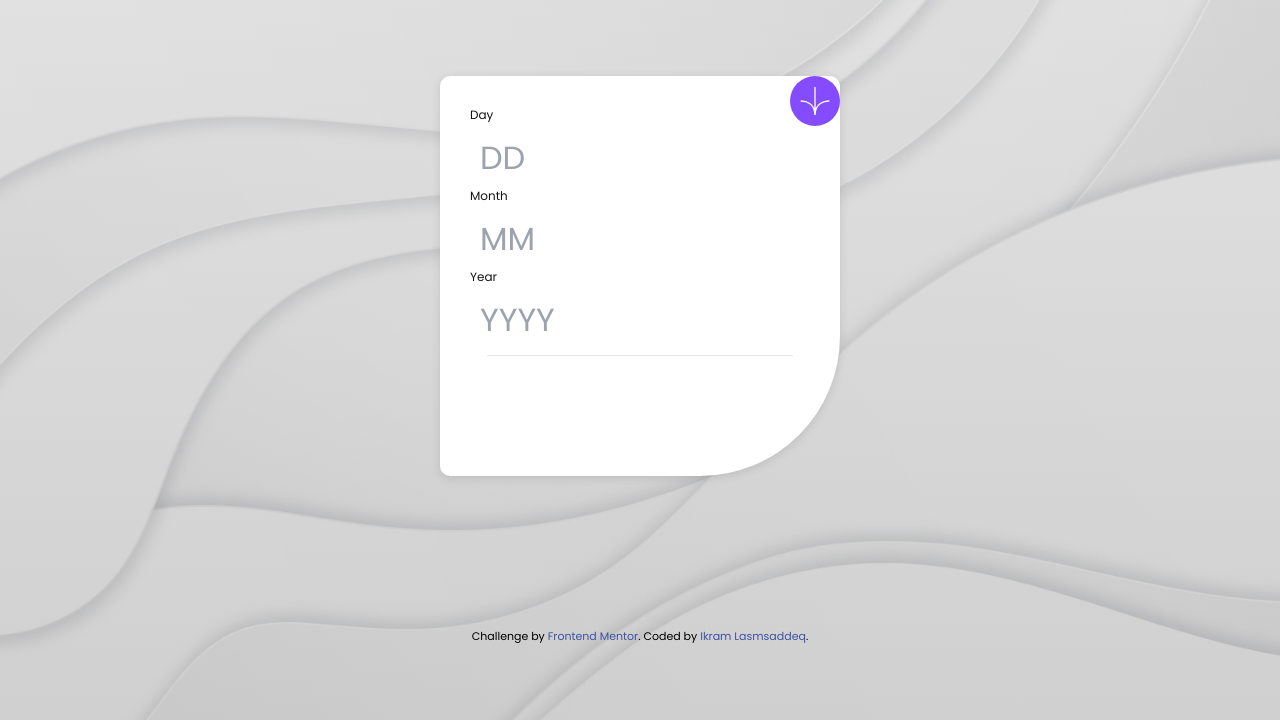
Repository: ikram-lisa/age-display
Page: /
An editor plug-in stored every save of this project. The page is shown before and after the next save, followed by the edit.
The browser window is 1280 px wide. The pictures show the whole page.
Some web libraries are served in a nearby version. The project was rebuilt for these pictures with package versions that can differ from the ones it lists, and the page was loaded fresh each time.

Above is the page before, as saved 2024-04-30 23:39:03.

### index.html
<!DOCTYPE html>
<html lang="en">
  <head>
    <meta charset="UTF-8" />
    <meta name="viewport" content="width=device-width, initial-scale=1.0" />
    <!-- displays site properly based on user's device -->
    <link href="https://cdn.tailwindcss.com" rel="stylesheet" />
    <link rel="stylesheet" href="./css/style.scss" />
    <link
      rel="icon"
      type="image/png"
      sizes="32x32"
      href="./assets/images/favicon-32x32.png"
    />

    <title>Frontend Mentor | Age calculator app</title>
    <style>
      .attribution {
        font-size: 11px;
        text-align: center;
      }
      .attribution a {
        color: hsl(228, 45%, 44%);
      }
    </style>
  </head>
  <!-- <script type="module" src="js/script.js"></script> -->
  <body>
    <section class="calculator">
      <header>
        <form class="form" action="">
          <div class="formInput active error">
            <label for="day">Day</label>
            <input
              type="text"
              class="day"
              id="day"
              type="number"
              placeholder="DD"
              required
              minlength="4"
              maxlength="8"
              size="10"
            />
          </div>

          <div class="formInput active error">
            <label for="month">Month</label>
            <input
              type="text"
              class="month"
              id="month"
              type="number"
              placeholder="MM"
              required
              minlength="4"
              maxlength="8"
              size="10"
            />
          </div>

          <div class="formInput active error">
            <label for="year">Year</label>
            <input
              type="text"
              class="year"
              id="year"
              type="number"
              placeholder="YYYY"
              required
              minlength="4"
              maxlength="8"
              size="10"
            />
          </div>
        </form>
      </header>

      <button class="submit">
        <img src="./assets/images/icon-arrow.svg" alt="submit" />
      </button>

      <hr class="separator" />
      <div class="result">
        <p class="days"></p>
        <p class="month"></p>
        <p class="years"></p>
      </div>
    </section>
    <footer>
      <div class="attribution">
        Challenge by
        <a href="https://www.frontendmentor.io?ref=challenge" target="_blank"
          >Frontend Mentor</a
        >. Coded by <a href="#">Ikram Lasmsaddeq</a>.
      </div>
    </footer>
  </body>
</html>

### css/style.scss
@use "./base/variable" as *;
@use "./base/font.scss" as *;

@tailwind base;
@tailwind components;
@tailwind utilities;

* {
  margin: 0;
  padding: 0;
  box-sizing: border-box;
}
body {
  height: 100vh;
  background: linear-gradient(
      rgba(196, 196, 196, 0.5),
      rgba(161, 161, 161, 0.5)
    ),
    url("../images/background.jpg");
  background-size: cover;
  background-position: center;
  background-repeat: no-repeat;
  font-size: 32px;
  font-family: "Poppins", sans-serif;
  display: grid;
  place-items: center;
}
.calculator {
  width: 30%;
  min-width: 400px;
  height: 400px;
  background-color: white;
  border-radius: 10px 10px 140px 10px;
  box-shadow: rgba(99, 99, 99, 0.2) 0px 2px 8px 0px;
  position: relative;
  display: flex;
  flex-direction: column;
  padding: 30px;
  .form {
    display: flex;
    flex-wrap: wrap;
    justify-content: space-between;

    .formInput {
      display: flex;
      flex-direction: column;
      label {
        font-size: 12px;
        font-weight: 400;
        margin-bottom: 5px;
        color: $offBlack;
      }
      input[type="text"] {
        border: 1 solid rgb(217, 217, 217);
        border-radius: 3px;
        padding: 5px 10px;
        outline: none;
      }
    }
  }
  .submit {
    width: 50px;
    height: 50px;
    border-radius: 50%;
    display: flex;
    justify-content: center;
    align-items: center;
    background-color: $purple;
    color: white;
    border: none;
    padding: 10px;
    position: absolute;
    top: 0;
    right: 0;
    cursor: pointer;
    transition: all 0.3s;

    &:hover {
      background-color: darken($purple, 10%);
    }
  }

  .separator {
    width: 90%;
    height: 1px;
    background-color: $lightGrey;
    margin: 6px auto;
  }
}

@media (max-width: 375px) {
}
@media (max-width: 768px) {
}
@media (max-width: 1440px) {
}

### css/base/_variable.scss
// Primary

$purple: hsl(259, 100%, 65%);
$lightRed: hsl(0, 100%, 67%);

// Neutral

$white: hsl(0, 0%, 100%);
$offWhite: hsl(0, 0%, 94%);
$lightGrey: hsl(0, 0%, 86%);
$smokeyGrey: hsl(0, 1%, 44%);
$offBlack: hsl(0, 0%, 8%);

### css/base/_font.scss
@import url("https://fonts.googleapis.com/css2?family=Montserrat:ital,wght@0,100..900;1,100..900&family=Open+Sans:ital,wght@0,400;0,600;0,700;0,800;1,400;1,700;1,800&family=Poppins:ital,wght@0,200;0,300;0,400;0,500;0,600;0,700;0,800;0,900;1,100;1,200;1,300;1,400;1,500;1,600;1,700;1,800;1,900&display=swap");

Loaded but not shown: tailwind.config.js (1075 lines, source omitted)

After the next save:
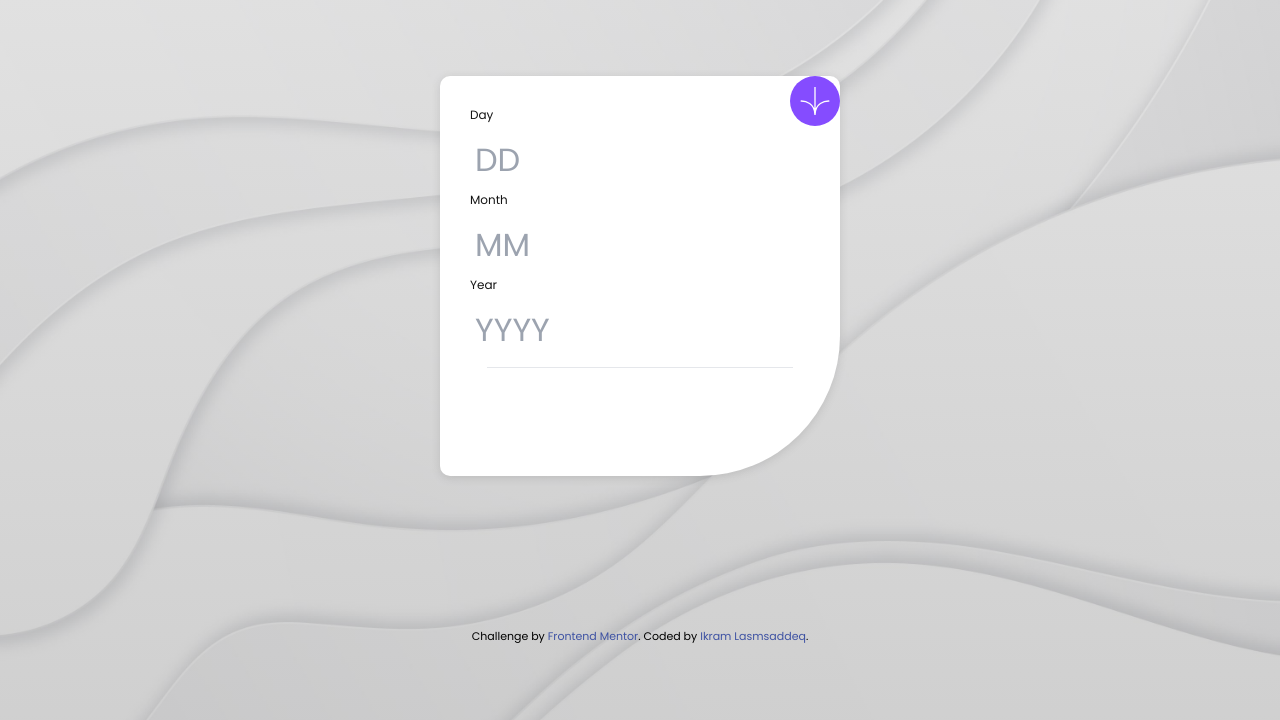
Saved 40 min 40 s later.
--- a/css/style.scss
+++ b/css/style.scss
@@ -53,7 +53,7 @@ body {
       input[type="text"] {
         border: 1 solid rgb(217, 217, 217);
         border-radius: 3px;
-        padding: 5px 10px;
+        padding: 7px 5px;
         outline: none;
       }
     }
